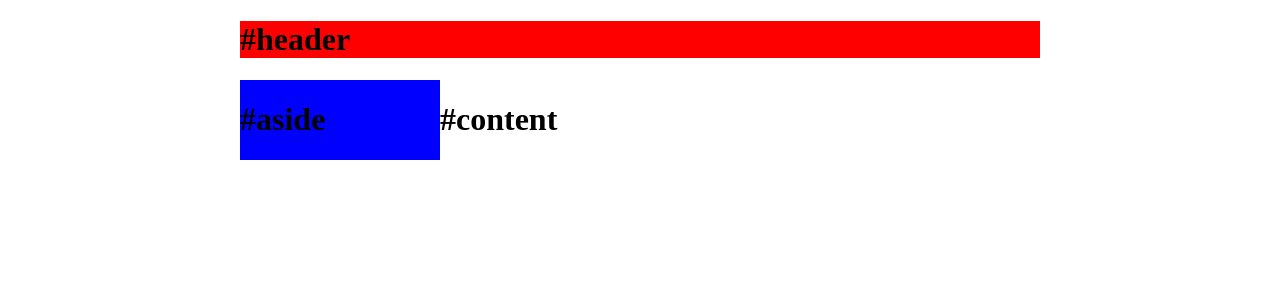
Repository: LucestDail/WebEclipse-Workspace
Page: htmlProject/WebContent/cssEx2.html
The author's editor kept a copy of each file at every save. The page is drawn from the files as they stood at one save, then again after the next save.
The browser window is 1280 px wide. The pictures show the whole page.

Above is the page before, as saved 2020-11-06 04:52:26.

### htmlProject/WebContent/cssEx2.html
<!DOCTYPE html>
<html>
<head>
<meta charset="UTF-8">
<title>id attribute value selection</title>
<style type = "text/css">
	#header{
		width:800px; margin:0 auto; background:red;
	}
	#wrap{
		width:800px; margin:0 auto; overflow:hidden;
	}
	#aside{
		width:200px; float:left; background:blue;
	}

</style>
</head>
<body>
<div id = "header">
	<h1> #header</h1>
</div>
<body>
<div id = "wrap">
	<div id = "aside">
		<h1> #aside</h1>
	</div>
	<div id = "content">
		<h1>#content</h1>
	</div>
</div>


</body>
</html>

After the next save:
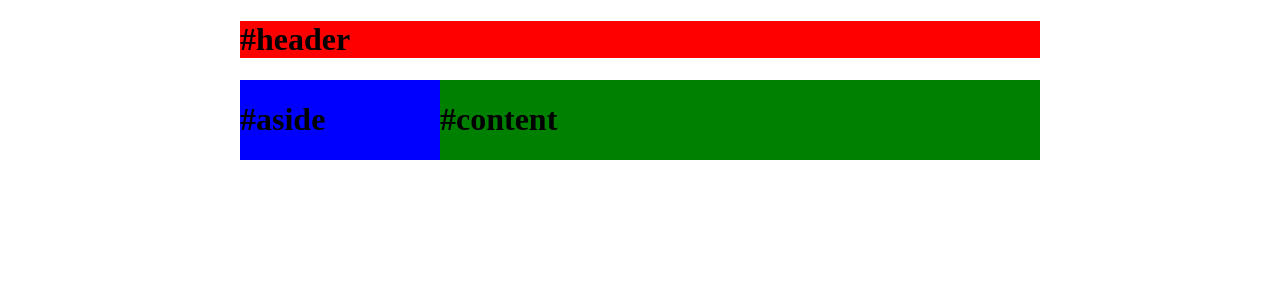
Saved 54 s later.
--- a/htmlProject/WebContent/cssEx2.html
+++ b/htmlProject/WebContent/cssEx2.html
@@ -12,6 +12,9 @@
 	}
 	#aside{
 		width:200px; float:left; background:blue;
+	}
+	#content{
+		width:600px; float:left; background:green;
 	}
 
 </style>
